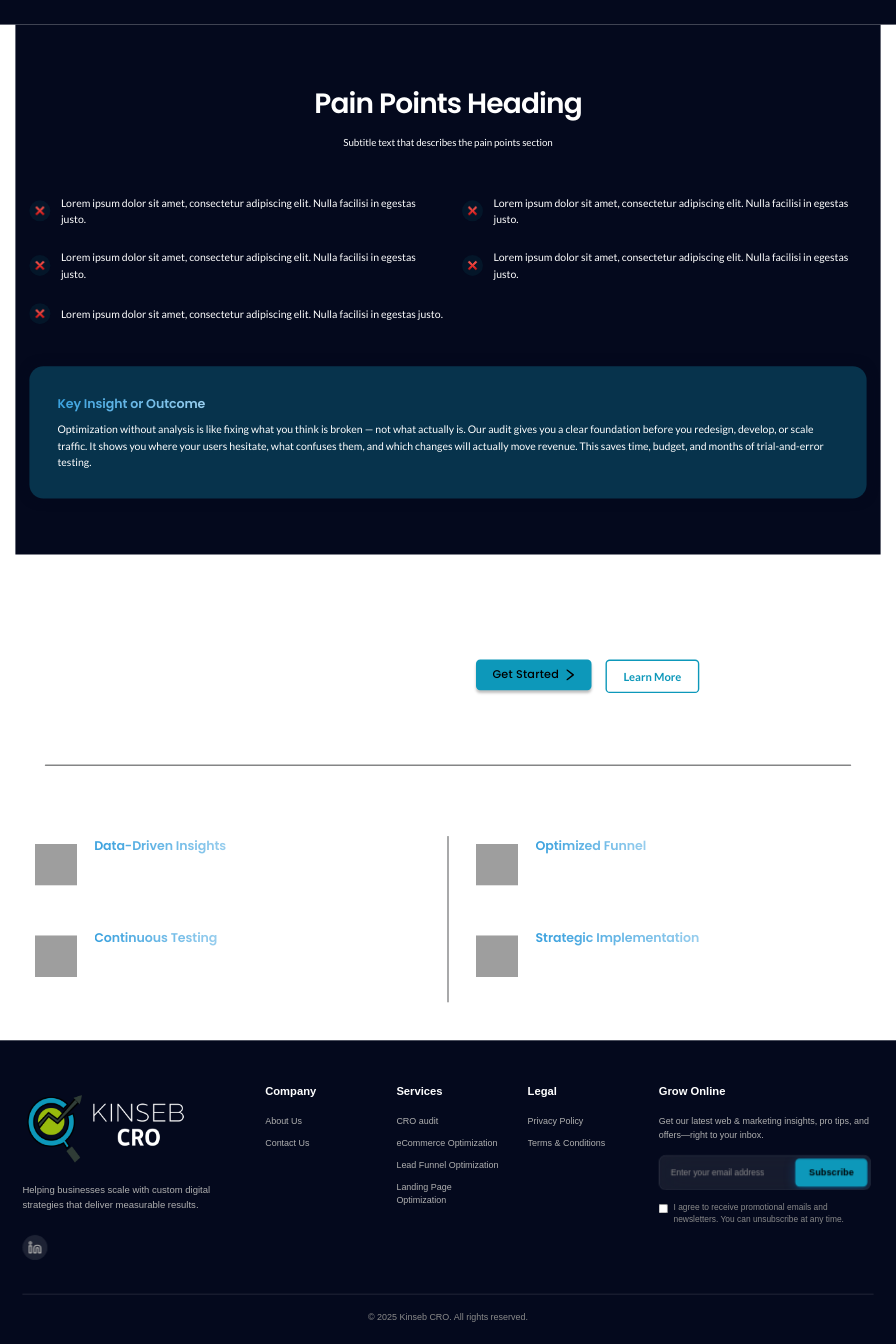
Repository: YahyaK01/kinseb
Page: /services
These files come from the project's save history. The page is drawn as it stood at one moment and after the next save; the edit follows.
The browser window is 1280 px wide. The pictures show the part of the page from y = 913 to 2833 px (the page is 2833 px tall), at 70% of full size.
Pictures or frames that could not be fetched are drawn as grey boxes. The project was rebuilt for these pictures with package versions that can differ from the ones it lists, and the page was loaded fresh each time. Also part of the build but not shown: src/components/FAQ.js, src/components/CTA.jsx, src/components/MetricsSection.jsx, src/components/WhyCROMatter.jsx, src/components/Processsection.jsx, src/components/Hero.jsx, src/components/CEO.jsx, src/components/Testimonia.jsx and 14 more.

Above is the page before, as saved 2025-12-04 20:52:28.

After the next save:
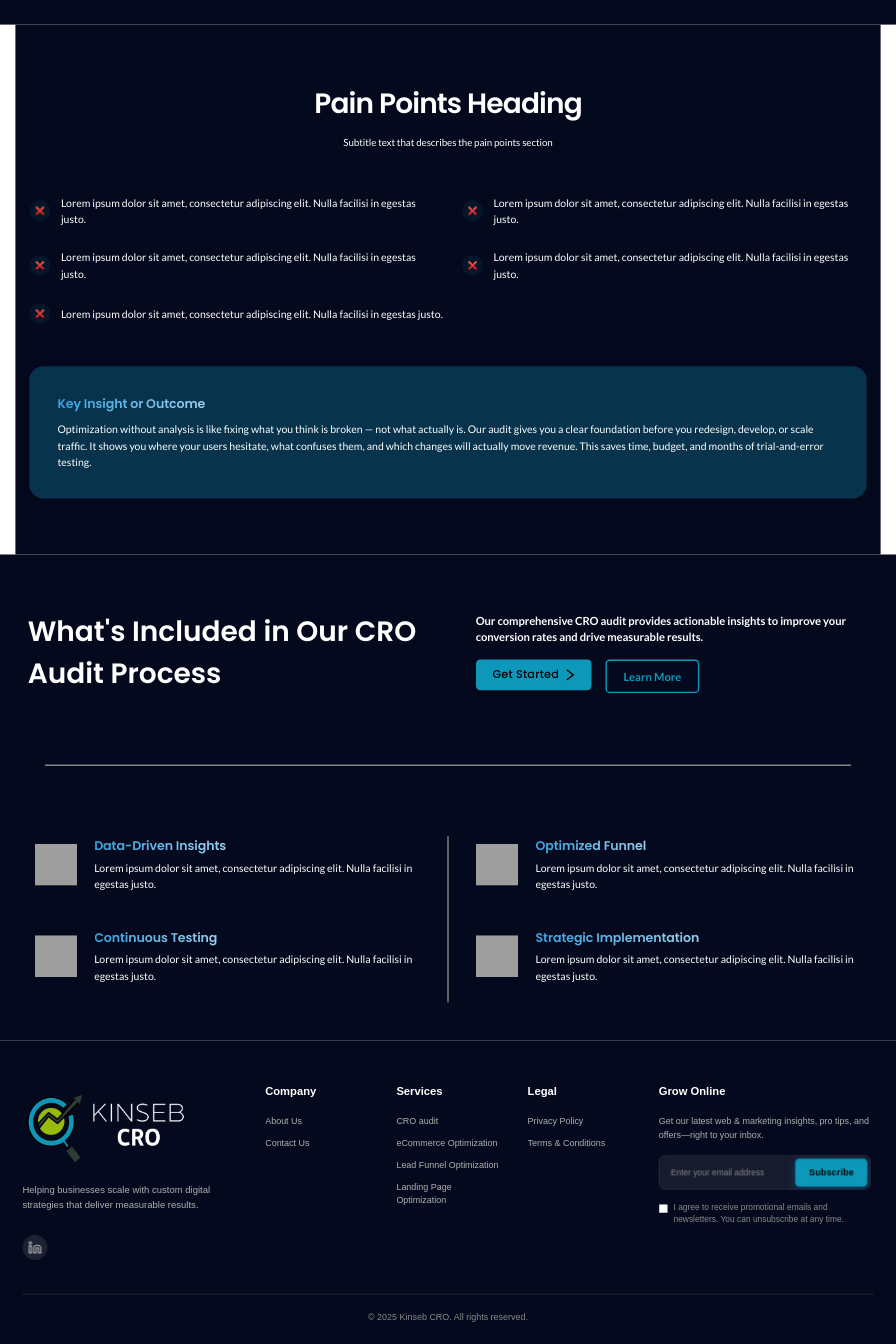
Saved 102 s later.
--- a/src/components/WhyCROMattersSection.jsx
+++ b/src/components/WhyCROMattersSection.jsx
@@ -37,6 +37,7 @@
     maxWidth: '1440px',
     margin: '0 auto',
     width: '100%',
+    background: '#04091D',
     opacity: isVisible ? 1 : 0,
     transform: isVisible ? 'translateY(0)' : 'translateY(50px)',
     transition: 'all 0.8s cubic-bezier(0.4, 0, 0.2, 1)',
